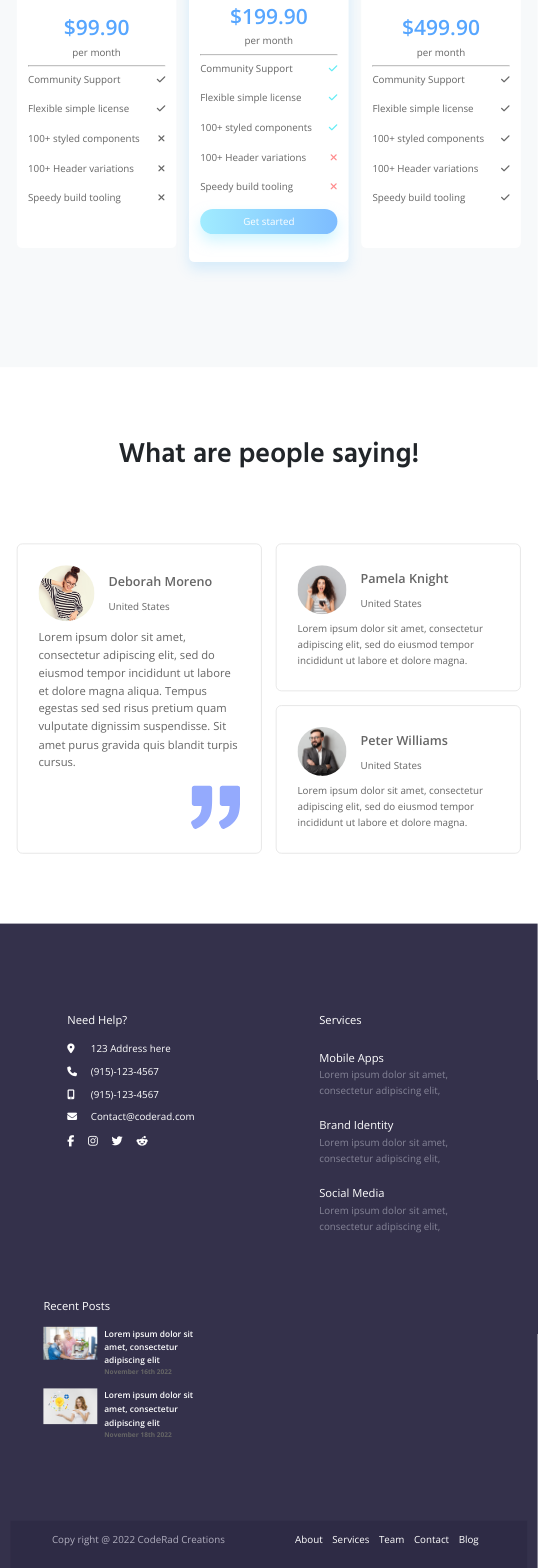
Repository: Sc-Juju/CodeRad
Page: index.html
An editor plug-in stored every save of this project. The page is shown before and after the next save, followed by the edit.
The browser window is 768 px wide. The pictures show the part of the page from y = 3539 to 5779 px (the page is 5779 px tall), at 70% of full size.
Some web libraries are served in a nearby version.

Above is the page before, as saved 2022-11-29 09:23:49.

After the next save:
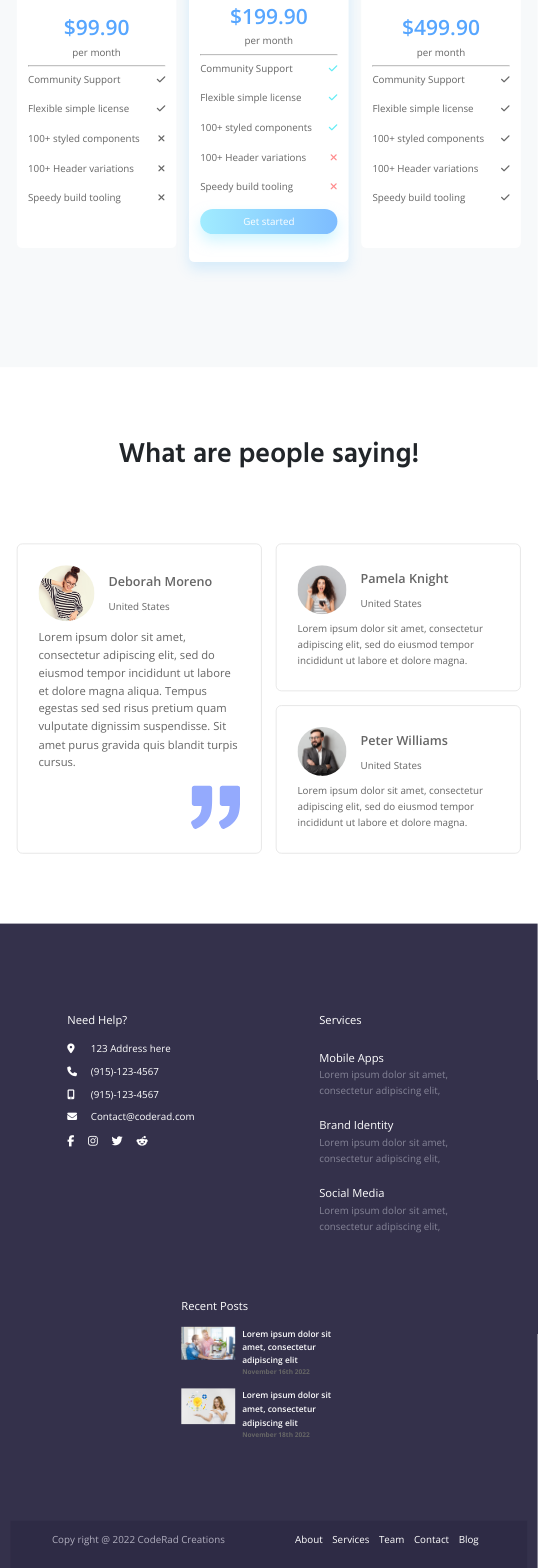
Saved 69 s later.
--- a/css/responsive.css
+++ b/css/responsive.css
@@ -22,4 +22,7 @@
         margin-right: var(--size-20);
         color: var(--font-color-dark);
     }
+    footer .footer-col:nth-child(3){
+        grid-column: 1 / 3;
+    }
 }
